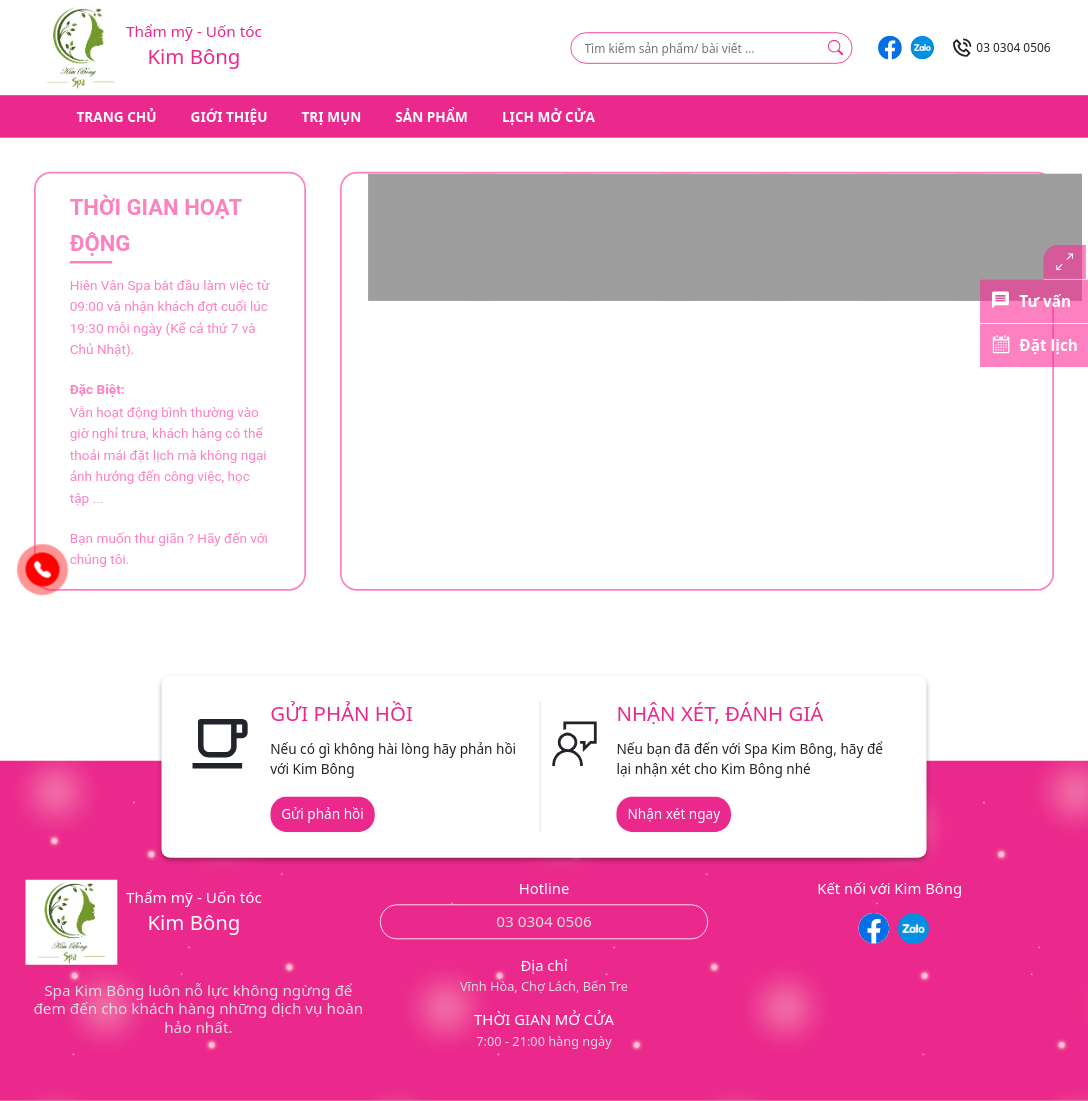
Repository: tranduykhuong/SpaKimBong
Page: /calendar
An editor plug-in stored every save of this project. The page is shown before and after the next save, followed by the edit.
The browser window is 1280 px wide. The pictures show the whole page, at 85% of full size.
Pictures or frames that could not be fetched are drawn as grey boxes. The project was rebuilt for these pictures with package versions that can differ from the ones it lists, and the page was loaded fresh each time. Also part of the build but not shown: src/components/Banner/banner.scss, src/components/Banner/Banner.js, src/pages/Home/home.scss, src/pages/Home/ListImage/listImage.scss, src/pages/Home/ListImage/ListImage.js, src/pages/Home/BookOnline/bookOnl.scss, src/pages/Home/BookOnline/Modal/ModalBook/modalbook.scss, src/pages/Home/BookOnline/Modal/ModalBook/modalbook.js and 24 more.

Above is the page before, as saved 2022-06-06 23:58:10.

After the next save:
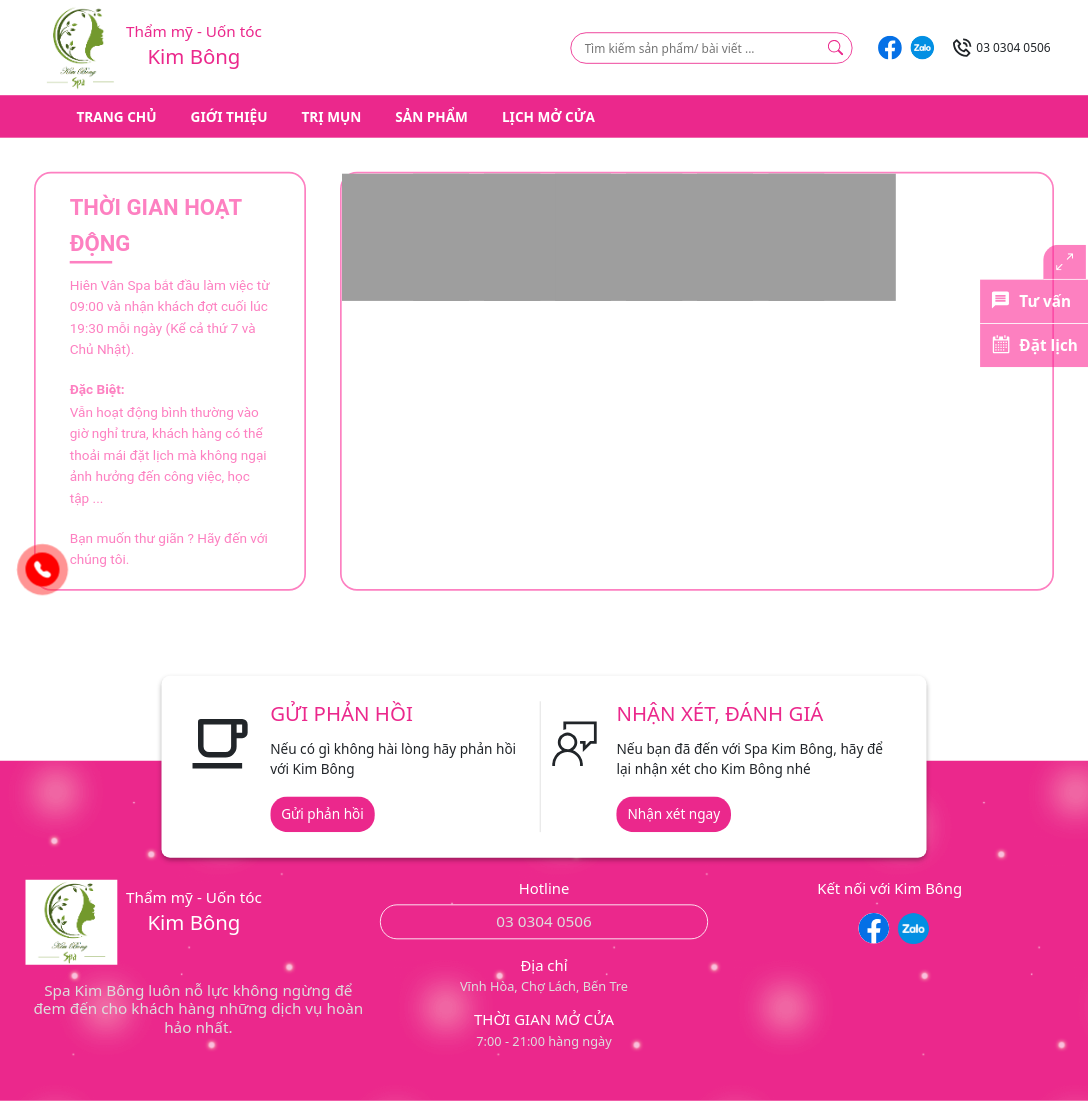
Saved 14 s later.
--- a/src/pages/Calendar/calendar.scss
+++ b/src/pages/Calendar/calendar.scss
@@ -54,7 +54,7 @@
         border: solid 2px #fd80c1;
         border-radius: 20px;
         //padding: 2rem 4rem 0;
-        justify-content: space-evenly;
+        // justify-content: space-evenly;
 
         .calendar-box {
           width: 10%;
